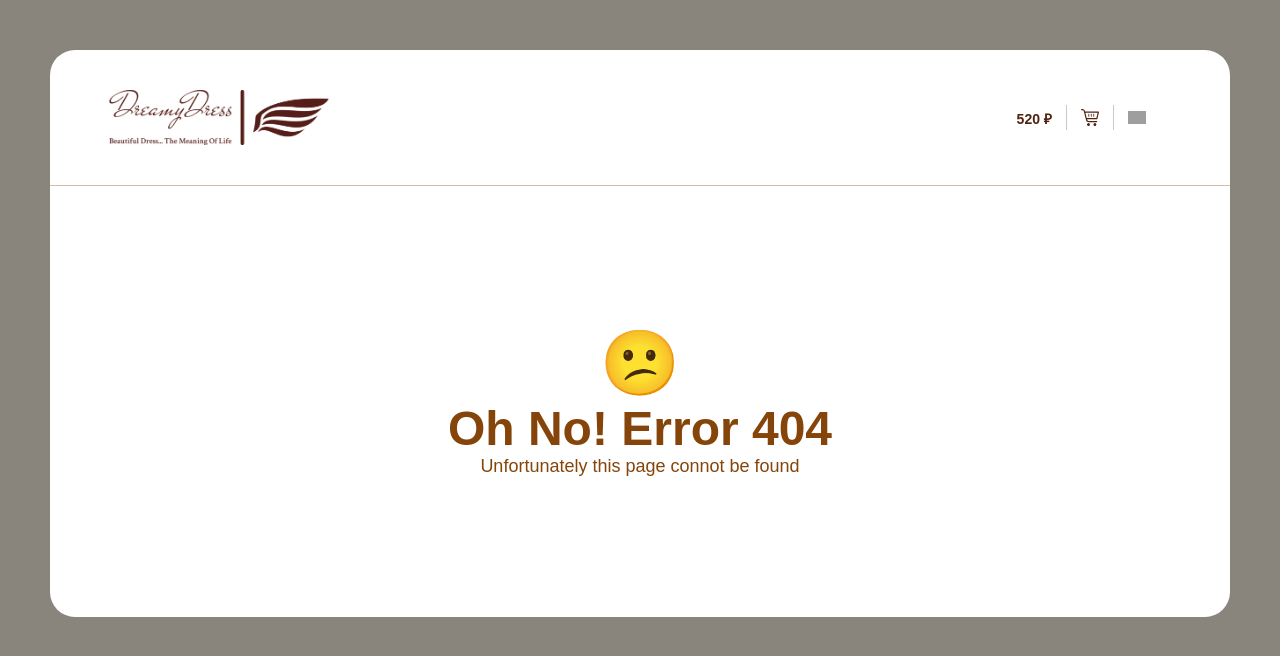
Repository: DisasterWoman/SPA-shop
Page: /not-found
These files come from the project's save history. The page is drawn as it stood at one moment and after a run of saves; the edit follows.
The browser window is 1280 px wide. The pictures show the whole page.
Pictures or frames that could not be fetched are drawn as grey boxes. Some web fonts or font styles are not loaded; a fallback is used. The project was rebuilt for these pictures with package versions that can differ from the ones it lists, and the page was loaded fresh each time. Also part of the build but not shown: src/components/Categories/Categories.jsx, src/components/Sort/_sort.scss, src/components/Sort/Sort.jsx, src/components/SearchBar/_searchBar.scss, src/components/SearchBar/SearchBar.jsx, src/components/Buttons/ButtonAdd.jsx, src/components/DressBlock/_dress-block.scss, src/components/DressBlock/DressBlock.jsx and 2 more.

Above is the page before, as saved 2022-12-07 20:53:25.

### src/index.js
import React from 'react';
import ReactDOM from 'react-dom/client';
import App from './App';
import { BrowserRouter} from 'react-router-dom';

const root = ReactDOM.createRoot(document.getElementById('root'));
root.render(
    <BrowserRouter>
    <App/>
    </BrowserRouter>
);

### src/App.js
import './scss/app.scss';
import Header from './components/Header/Header';
import React from 'react';
import { Home } from './pages/Home';
import NotFound from './pages/NotFound';
import {Routes, Route } from 'react-router-dom';

function App() {

return (
  <div className="wrapper">
    <Header />
    <div className="content">
      <div className="container">
        <Routes>
          <Route path="/" element={<Home />} />
          <Route path="/not-found" element={<NotFound/>} />
        </Routes>
      </div>
    </div>
  </div>
);
}

export default App;

### src/scss/app.scss
@import 'variables.scss';
@import './libs/normalize.scss';
@import './all';

body {
  background-color: $background;
}

.wrapper {
  width: calc(100vw - 100px);
  height: 100%;
  background-color: #fff;
  margin: 50px auto;
  border-radius: 25px;
  max-width: 1400px;
}

.content {
  padding: 40px 0;

  &__title {
    margin: 35px 0;
  }

  &__items {
    display: flex;
    flex-wrap: wrap;
    justify-content: center;
  }

  &__top {
    display: flex;
    align-items: center;
    justify-content: space-between;
  }
}

.container {
  width: $container-width;
  margin: 0 auto;

  &--cart {
    max-width: 820px;
    margin: 90px auto;
    .content__title {
      margin: 0;
    }
  }
}

.cart {
  &__top {
    display: flex;
    justify-content: space-between;
    align-items: center;
  }

  .content__title {
    display: flex;
    align-items: center;
    font-size: 32px;

    svg {
      position: relative;
      top: -2px;
      width: 30px;
      height: 30px;
      margin-right: 10px;
      path {
        stroke: $black;
        stroke-width: 1.9;
      }
    }
  }

  &__clear {
    display: flex;
    align-items: center;
    cursor: pointer;
    @include noselect();

    span {
      display: inline-block;
      margin-left: 7px;
      color: #b6b6b6;
      font-size: 18px;
    }

    span,
    svg,
    path {
      transition: all $duration ease-in-out;
    }

    &:hover {
      svg {
        path {
          stroke: darken($color: #b6b6b6, $amount: 50);
        }
      }
      span {
        color: darken($color: #b6b6b6, $amount: 50);
      }
    }
  }

  &__item {
    display: flex;
    width: 100%;
    border-top: 1px solid $gray-line;
    padding-top: 30px;
    margin-top: 30px;

    &-img {
      display: flex;
      align-items: center;
      margin-right: 15px;
      width: 10%;

      img {
        width: 80px;
        height: 80px;
      }
    }

    &-info {
      display: flex;
      flex-direction: column;
      justify-content: center;
      width: 40%;

      h3 {
        font-weight: bold;
        font-size: 22px;
        line-height: 27px;
        letter-spacing: 0.01em;
      }

      p {
        font-size: 18px;
        color: #8d8d8d;
      }
    }

    &-count {
      display: flex;
      align-items: center;
      justify-content: space-between;
      width: 13%;

      &-minus {
        svg {
          path:first-of-type {
            display: none;
          }
        }
      }

      b {
        font-size: 22px;
      }
    }

    &-price {
      display: flex;
      align-items: center;
      justify-content: center;
      width: 33%;

      b {
        font-weight: bold;
        font-size: 22px;
        letter-spacing: 0.01em;
      }
    }

    &-remove {
      display: flex;
      align-items: center;
      justify-content: flex-end;
      width: 4%;

      .button {
        border-color: darken($color: $gray-line, $amount: 10);
      }

      svg {
        transform: rotate(45deg);

        path {
          fill: darken($color: $gray-line, $amount: 15);
        }
      }

      .button {
        svg {
          width: 11.5px;
          height: 11.5px;
          position: relative;
        }
        &:hover,
        &:active {
          border-color: darken($color: $gray-line, $amount: 80);
          background-color: darken($color: $gray-line, $amount: 80);
        }
      }
    }
  }

  &__bottom {
    margin: 50px 0;

    &-details {
      display: flex;
      justify-content: space-between;

      span {
        font-size: 22px;

        &:last-of-type {
          b {
            color: $brown;
          }
        }
      }
    }

    &-buttons {
      display: flex;
      justify-content: space-between;
      margin-top: 40px;

      .go-back-btn {
        display: flex;
        align-items: center;
        justify-content: center;
        width: 210px;

        border-color: darken($color: $gray-line, $amount: 10);

        span {
          color: darken($color: $gray-line, $amount: 20);
          font-weight: 500;
          font-weight: 600;
        }

        &:hover {
          background-color: darken($color: $gray-line, $amount: 90);
          border-color: darken($color: $gray-line, $amount: 90);

          span {
            color: $gray-line;
          }
        }

        svg {
          margin-right: 12px;
          path {
            fill: transparent;
            strokewidth: 2;
          }
        }
      }

      .pay-btn {
        font-size: 16px;
        font-weight: 600;
        width: 210px;
        padding: 16px;
      }
    }
  }

  &--empty {
    margin: 0 auto;
    width: 560px;
    text-align: center;

    h2 {
      font-size: 32px;
      margin-bottom: 10px;
    }

    p {
      font-size: 18px;
      line-height: 145.4%;
      letter-spacing: 0.01em;
      color: #777777;
    }

    icon {
      position: relative;
      top: 2px;
    }

    img {
      display: block;
      width: 300px;
      margin: 45px auto 60px;
    }

    .button--black {
      padding: 12px 0 14px;
      width: 230px;
      margin: 0 auto;
      font-weight: 600;
      font-size: 18px;
    }
  }
}

### src/components/Header/Header.jsx
import React from 'react';
import './_header.scss';
import { ButtonHeader } from '../Buttons/ButtonHeader';
function Header() {
  return (
    <div className="header">
      <div className="container">
        <div className="header__logo">
          <img width="220" src="/dreamy-dress.png" alt="logo" />
          <div></div>
        </div>
        <div className="cart-wrap">
          <ButtonHeader />
        </div>
      </div>
    </div>
  );
}

export default Header;

### src/pages/NotFound.jsx
import React from 'react'
import NotFoundBlock from '../components/NotFoundBlock/NotFoundBlock';

const NotFound = () => {
  return (
    <>
    <NotFoundBlock/>
    </>
  )
}

export default NotFound;

### src/scss/_variables.scss
$black: #85450a;
$background: #89857c;
$gray-line: #d5bda1;
$brown: #50220f;

$container-width: 90%;

$duration: 0.15s;

### src/scss/libs/_normalize.scss
@import url('https://fonts.googleapis.com/css2?family=Anek+Devanagari&display=swap');

*{
  padding: 0;
  margin: 0;
  list-style: none;
  outline: none;
  font-family: 'Anek Devanagari', sans-serif;
  box-sizing: border-box;
}

html {
  -ms-text-size-adjust: 100%;
  -webkit-text-size-adjust: 100%;
}

body {
  -moz-osx-font-smoothing: grayscale;
  -webkit-font-smoothing: antialiased;
  color: $black;
}

a,
span,
p,
b,
h1,
h2,
h3,
h4,
h5 {
  color: $black;
}

h1 {
  font-size: 48px;
}

h2 {
  font-weight: 600;
  font-size: 28px;
  line-height: 30px;
}

a {
  text-decoration: none;
}

@mixin noselect {
  -webkit-touch-callout: none; /* iOS Safari */
  -webkit-user-select: none; /* Safari */
  -khtml-user-select: none; /* Konqueror HTML */
  -moz-user-select: none; /* Old versions of Firefox */
  -ms-user-select: none; /* Internet Explorer/Edge */
  user-select: none; /* Non-prefixed version, currently
                                  supported by Chrome, Opera and Firefox */
}

### src/scss/_all.scss
@import '../components/Header/Header';
@import '../components/Categories/Categories';
@import '../components/Sort/Sort';
@import '../components/DressBlock/dress-block';

### src/components/Header/_header.scss
@import '../../../src/scss/variables';

.header {
  border-bottom: 1px solid $gray-line;
  padding: 40px 0;

  .container {
    display: flex;
    align-items: center;
    justify-content: space-between;
  }

  &__logo {
    display: flex;

    img {
      margin-right: 15px;
    }

    h1 {
      color: #181818;
      font-size: 24px;
      letter-spacing: 1%;
      text-transform: uppercase;
      font-weight: 800;
    }

    p {
      color: #7b7b7b;
    }
  }
}

### src/components/Categories/_categories.scss
@import '../../../src/scss/variables';

.categories {
  ul {
    display: flex;

    li {
      background-color: #f9f9f9;
      padding: 8px 21px;
      border-radius: 15px;
      margin-right: 10px;
      font-weight: bold;
      cursor: pointer;
      transition: background-color 0.1s ease-in-out;
      @include noselect();

      &:hover {
        background-color: darken(#f9f9f9, 2%);
      }

      &:active {
        background-color: darken(#f9f9f9, 5%);
      }

      &.active {
        background-color: #282828;
        color: #fff;
      }
    }
  }
}

### src/components/Buttons/ButtonHeader.jsx
import './_button.scss';

export const ButtonHeader = () => {
  return (
    <a href="/cart.html" className="button-cart">
      <span>520 ₽</span>
      <div className="button-delimiter"></div>
      <img className="cart" alt="cart" src="/images/icons/cart-icon.svg"></img>
      <div className="button-delimiter"></div>
      <img className="heart" alt="heart" src="/images/icons/heart-empty.svg"></img>
    </a>
  );
};

### src/components/NotFoundBlock/NotFoundBlock.jsx
import React from 'react';
import styles from './NotFoundBlock.module.scss';

const NotFoundBlock = () => {
  return (
    <div className={styles.root}>
      <h1>
        <span>😕</span>
        <br />
        Oh No! Error 404
      </h1>
      <p className={styles.description}>Unfortunately this page connot be found </p>
    </div>
  );
}

export default NotFoundBlock

### src/components/Buttons/_button.scss
@import '../../../src/scss/variables';

.button-content {
    display: inline-block;
    background-color: #fff;
    border-radius: 22px;
    padding: 10px 20px;
    padding: 10px 20px;
    text-align: center;
    cursor: pointer;
    display: flex;
    align-items: center;
    line-height: 23px;
    padding: 12px 25px;
    border-color: #fff;
    .plus {
      margin-bottom: 1px;
    }
    .heart {
      margin-right: 10px;
    }
        i {
      display: inline-block;
      border-radius: 30px;
      background-color: $brown;
      color: #fff;
      font-weight: 600;
      width: 20px;
      height: 20px;
      font-style: normal;
      font-size: 13px;
      line-height: 22px;
      position: relative;
      top: -1px;
      left: 3px;
    }

}

.button-cart {
    display: flex;
    align-items: center;
    line-height: 23px;
    padding: 12px 25px;
    border-radius: 20px;
    img {
      width: 18px;
      width: 18px;
    }
    .button-delimiter {
    width: 1px;
    height: 25px;
    background-color: rgba(43, 42, 42, 0.25);
    margin-left: 14px;
    margin-right: 14px;
    }
      span {
      color: #50220f;
      margin-top: 4px;
      font-weight: 600;
      font-size: 14px;
    }

}

### src/components/NotFoundBlock/NotFoundBlock.module.scss
.root {
    text-align: center;
    padding: 100px;
    span {
        font-size: 64px;
    }
}
.description {
    font-size: 18px;
}

Loaded but not shown: public/index.html (common file)

After the next 5 saves:
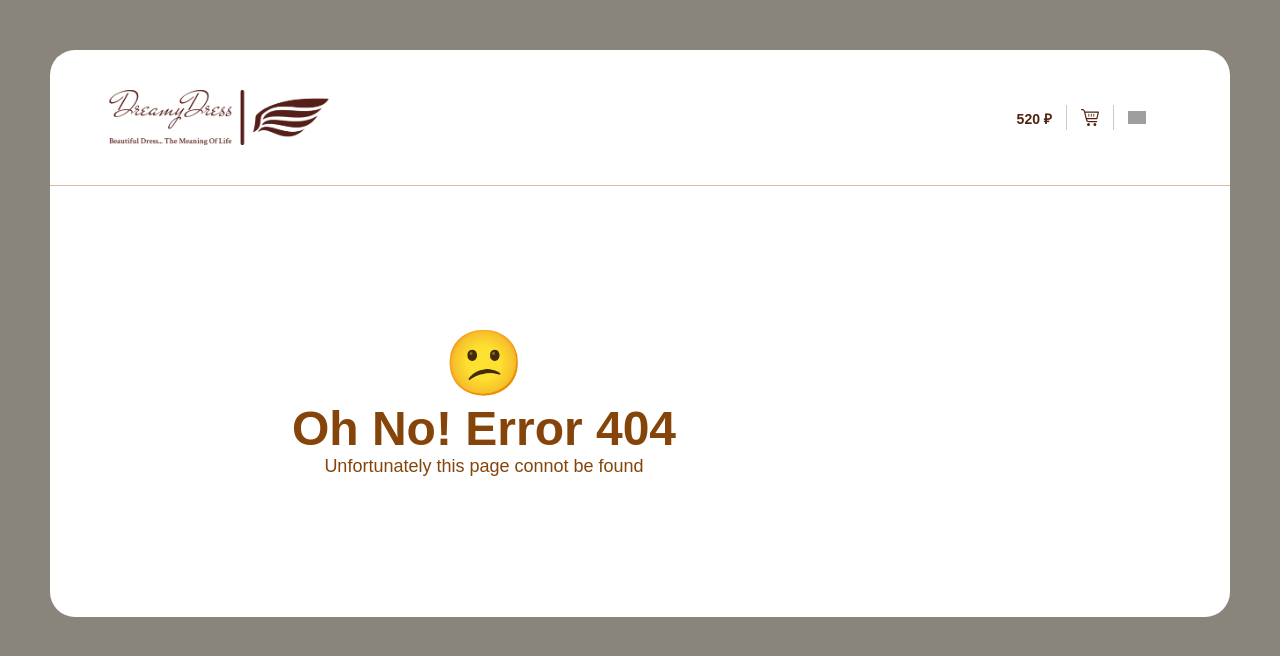
The 5 saves are shown as one change because they came seconds apart.
The last was saved 87 s later.
--- a/src/components/NotFoundBlock/NotFoundBlock.module.scss
+++ b/src/components/NotFoundBlock/NotFoundBlock.module.scss
@@ -1,5 +1,6 @@
 .root {
     text-align: center;
+    max-width: 750px;
     padding: 100px;
     span {
         font-size: 64px;

After the 4 saves that followed:
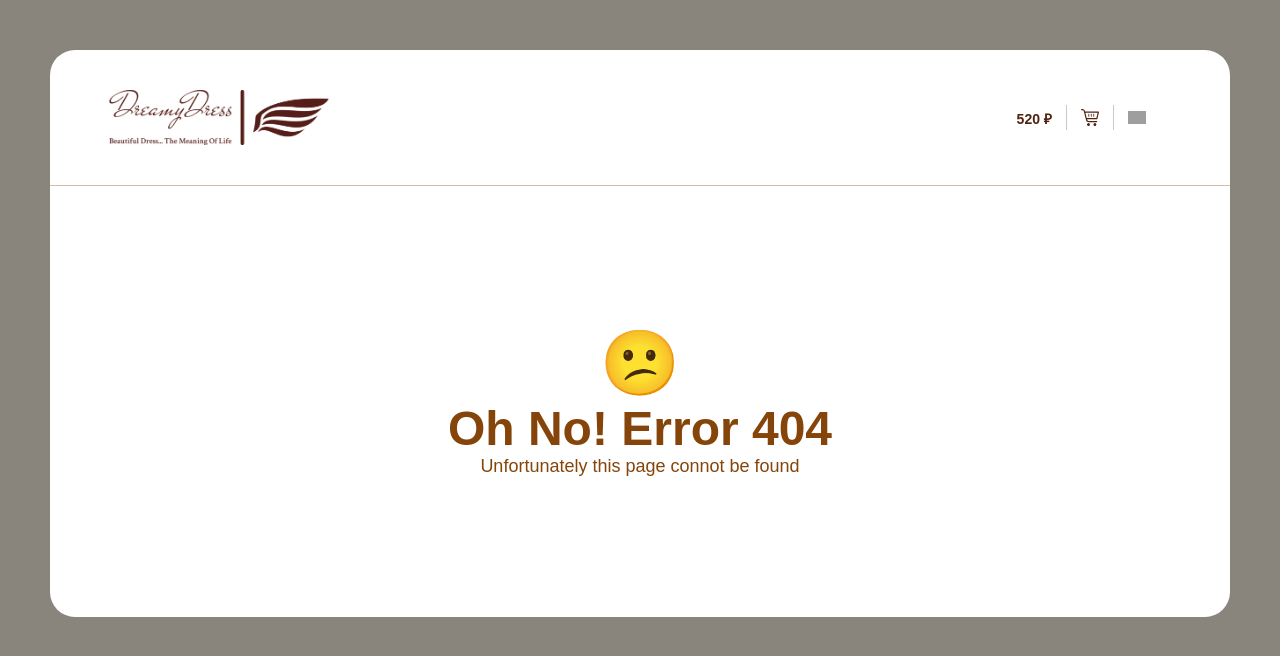
The 4 saves are shown as one change because they came seconds apart.
The last was saved 14 s later.
--- a/src/components/NotFoundBlock/NotFoundBlock.module.scss
+++ b/src/components/NotFoundBlock/NotFoundBlock.module.scss
@@ -1,6 +1,7 @@
 .root {
     text-align: center;
     max-width: 750px;
+    margin: 0 auto;
     padding: 100px;
     span {
         font-size: 64px;
